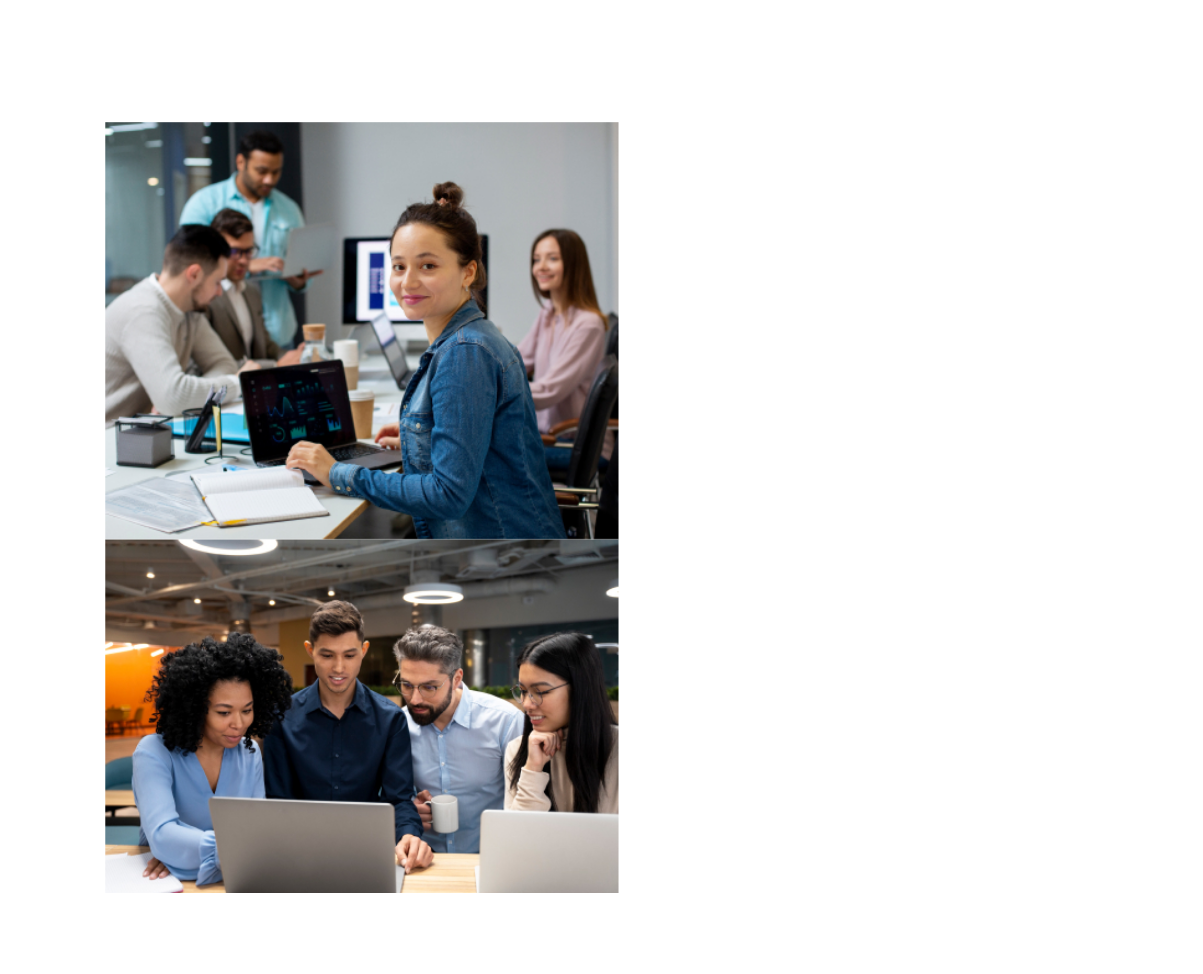
Repository: tagnam/mirehel2.0
Page: about.html
These files come from the project's save history. The page is drawn as it stood at one moment and after the next save; the edit follows.
The browser window is 1280 px wide. The pictures show the whole page, at 94% of full size.

Above is the page before, as saved 2025-02-03 11:49:53.

After the next save:
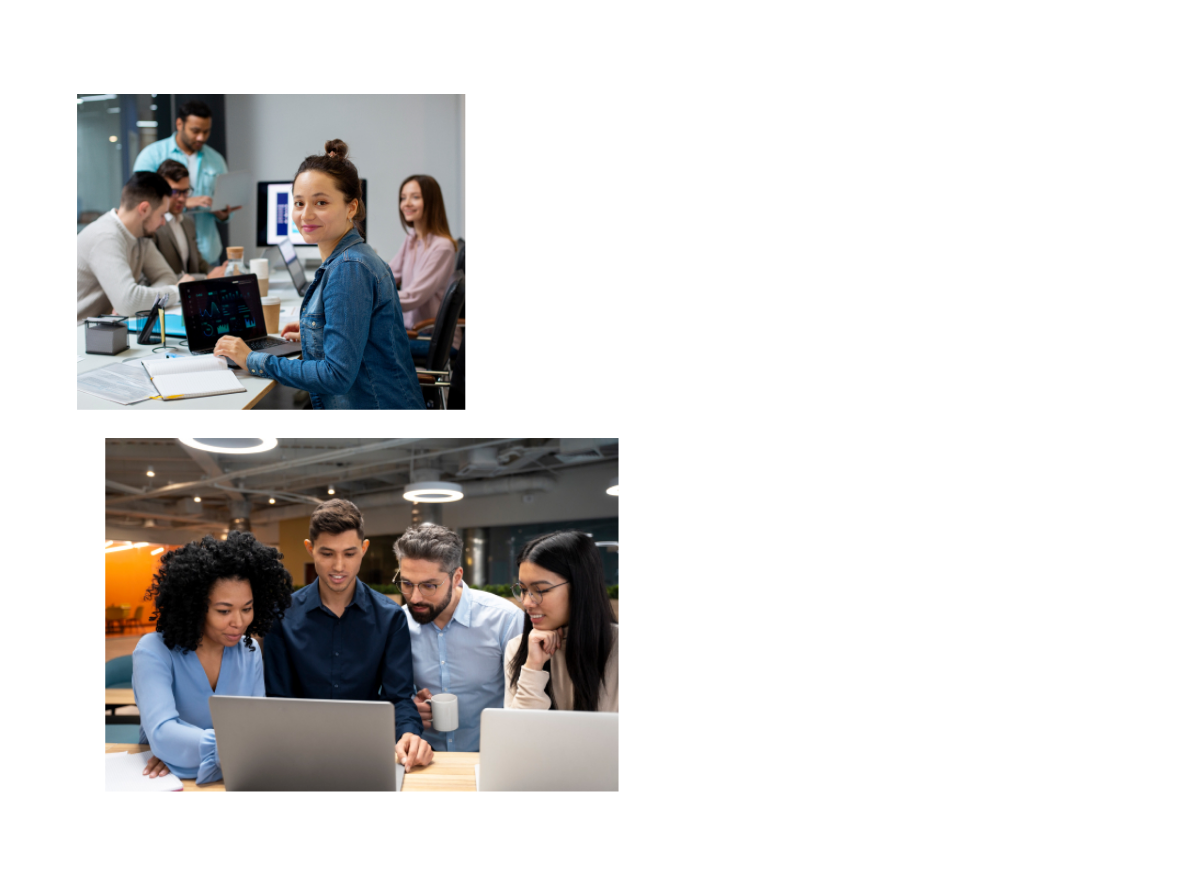
Saved 33 s later.
--- a/about.html
+++ b/about.html
@@ -19,7 +19,7 @@
             <div class="col-lg-6">
                 <div class="about-left">
                     <figure class="about-img-container">
-                        <img class="about-img" src="images/about-img-1.jpg" alt="">
+                        <img class="-01" src="images/about-img-1.jpg" alt="">
                         <img class="about-img" src="images/about-img-2.jpg" alt="">
                     </figure>
                 </div>

After the save that followed:
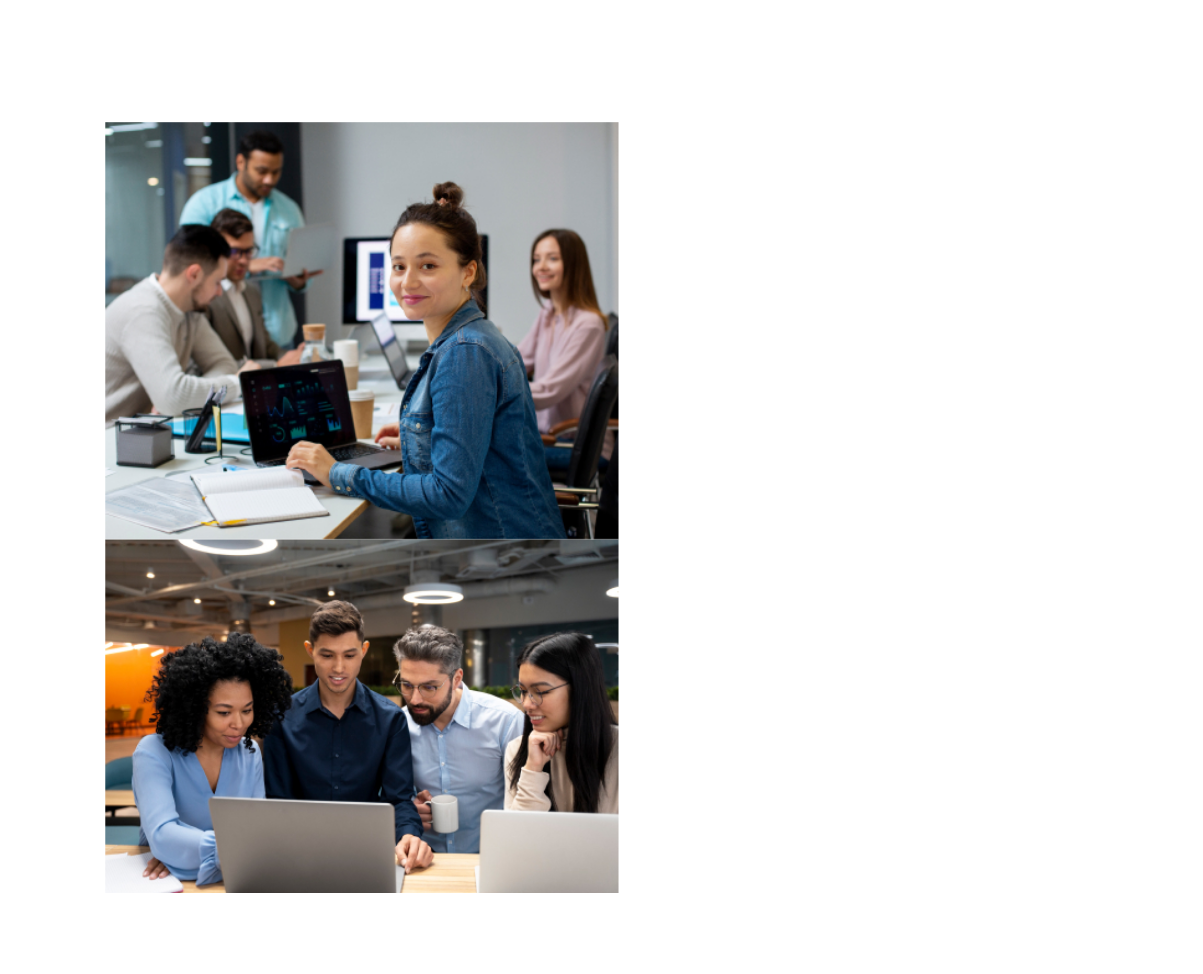
Saved 4 s later.
--- a/about.html
+++ b/about.html
@@ -19,7 +19,7 @@
             <div class="col-lg-6">
                 <div class="about-left">
                     <figure class="about-img-container">
-                        <img class="-01" src="images/about-img-1.jpg" alt="">
+                        <img class="about-img" src="images/about-img-1.jpg" alt="">
                         <img class="about-img" src="images/about-img-2.jpg" alt="">
                     </figure>
                 </div>
